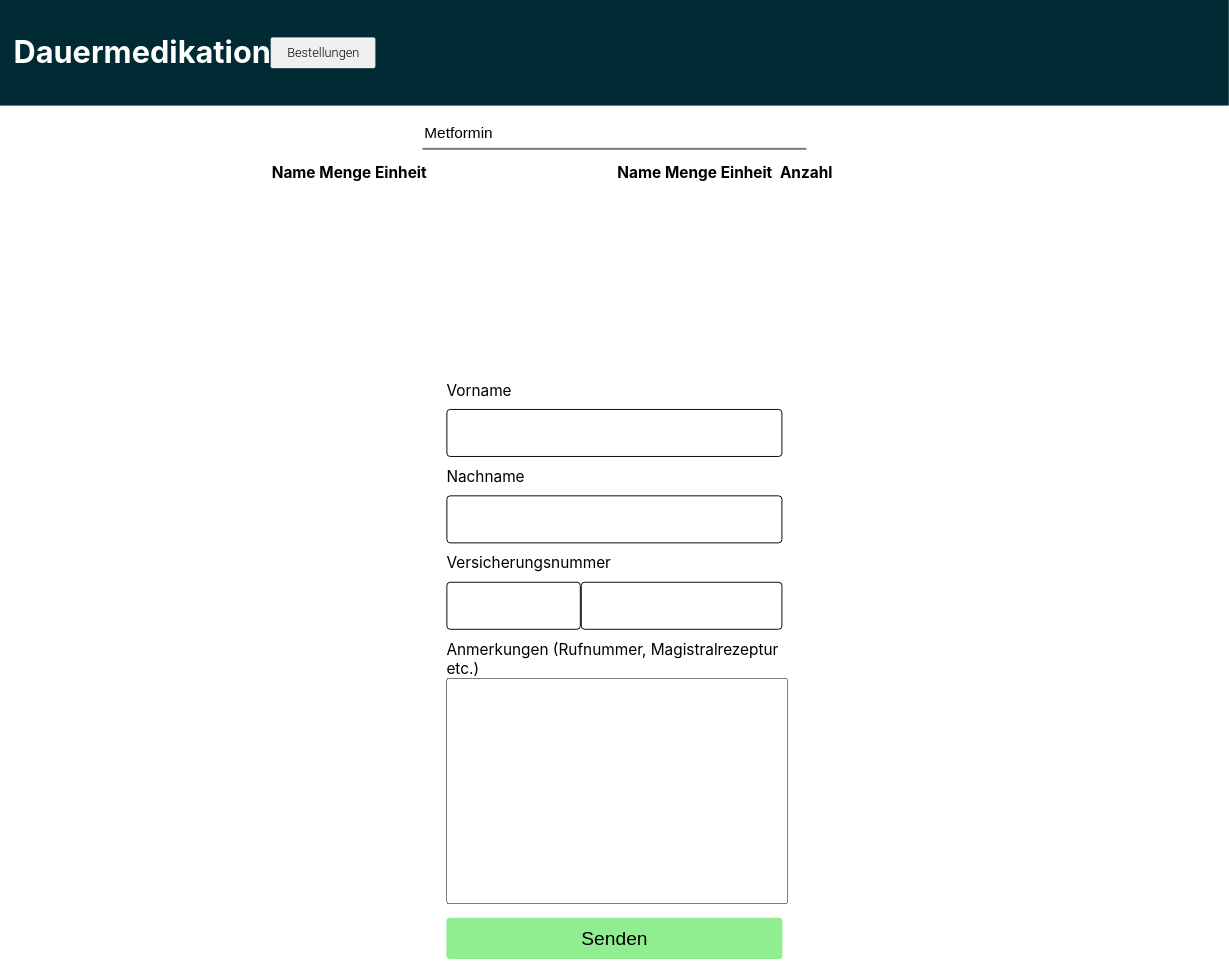
Repository: Esatollah/MedDemo
Page: / (app in client/)
An editor plug-in stored every save of this project. The page is shown before and after the next save, followed by the edit.
The browser window is 1280 px wide. The pictures show the whole page, at 96% of full size.
The page's requests for data from a server got no answer. The project was rebuilt for these pictures with package versions that can differ from the ones it lists, and the page was loaded fresh each time. No one was signed in, and anything a server would have sent is missing. Also part of the build but not shown: client/src/Routes/Bestellungen.jsx.

Above is the page before, as saved 2022-06-10 18:13:26.

After the next save:
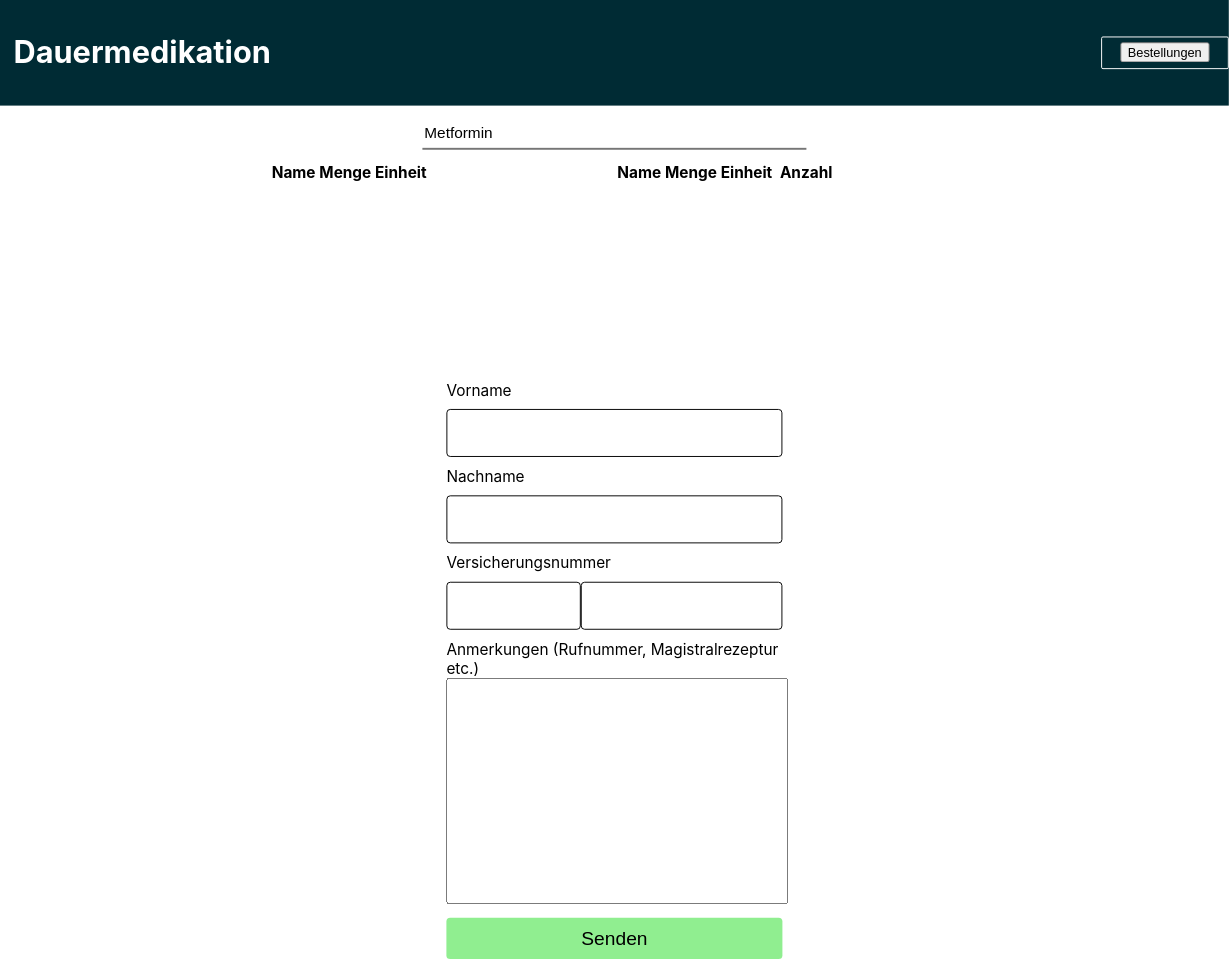
Saved 23 s later.
--- a/client/src/Styles/NavbarStyles.js
+++ b/client/src/Styles/NavbarStyles.js
@@ -12,17 +12,17 @@ export const NavWrap = styled.div`
         color: #fff;
     }
 
-    input{
+    div {
     margin-left: auto;
     display:inline-block;
     padding:0.35em 1.2em;
     border:0.1em solid #FFFFFF;
     border-radius:0.12em;
     box-sizing: border-box;
-height:2rem;
     text-decoration:none;
     font-family:'Roboto',sans-serif;
     font-weight:300;
+    color:#FFFFFF;
     text-align:center;
     transition: all 0.2s;
 }
